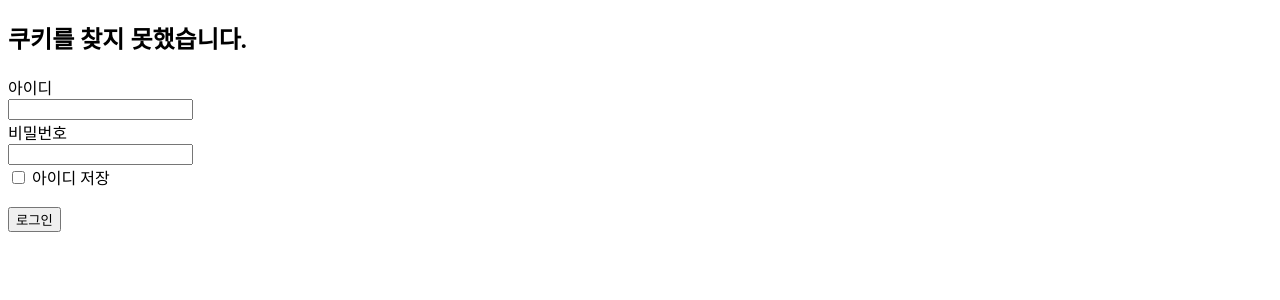
Repository: dnwpdud/WEB_CODES
Page: http://localhost/Web06_JSP_Servlet/ch16/practiceLogin.jsp
These files come from the project's save history. The page is drawn as it stood at one moment and after the next save; the edit follows.
The browser window is 1280 px wide. The pictures show the whole page.
The page is served by Tomcat 9.

Above is the page before, as saved 2024-04-02 00:42:28.

After the next save:
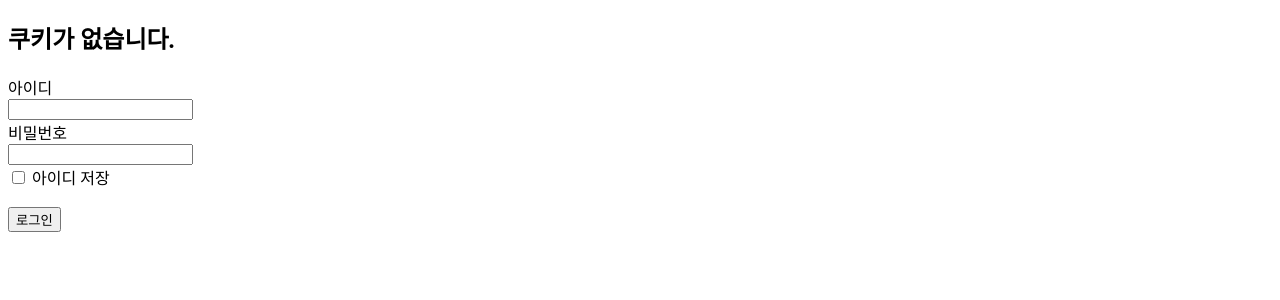
Saved 67 s later.
--- a/Web06_JSP_Servlet/src/main/webapp/ch16/practiceLogin.jsp
+++ b/Web06_JSP_Servlet/src/main/webapp/ch16/practiceLogin.jsp
@@ -19,7 +19,7 @@
 
 			}
 		}else{
-			out.println("<h2> 쿠키를 찾지 못했습니다.</h2>");
+			out.println("<h2> 쿠키가 없습니다.</h2>");
 		}
 
 	%>
